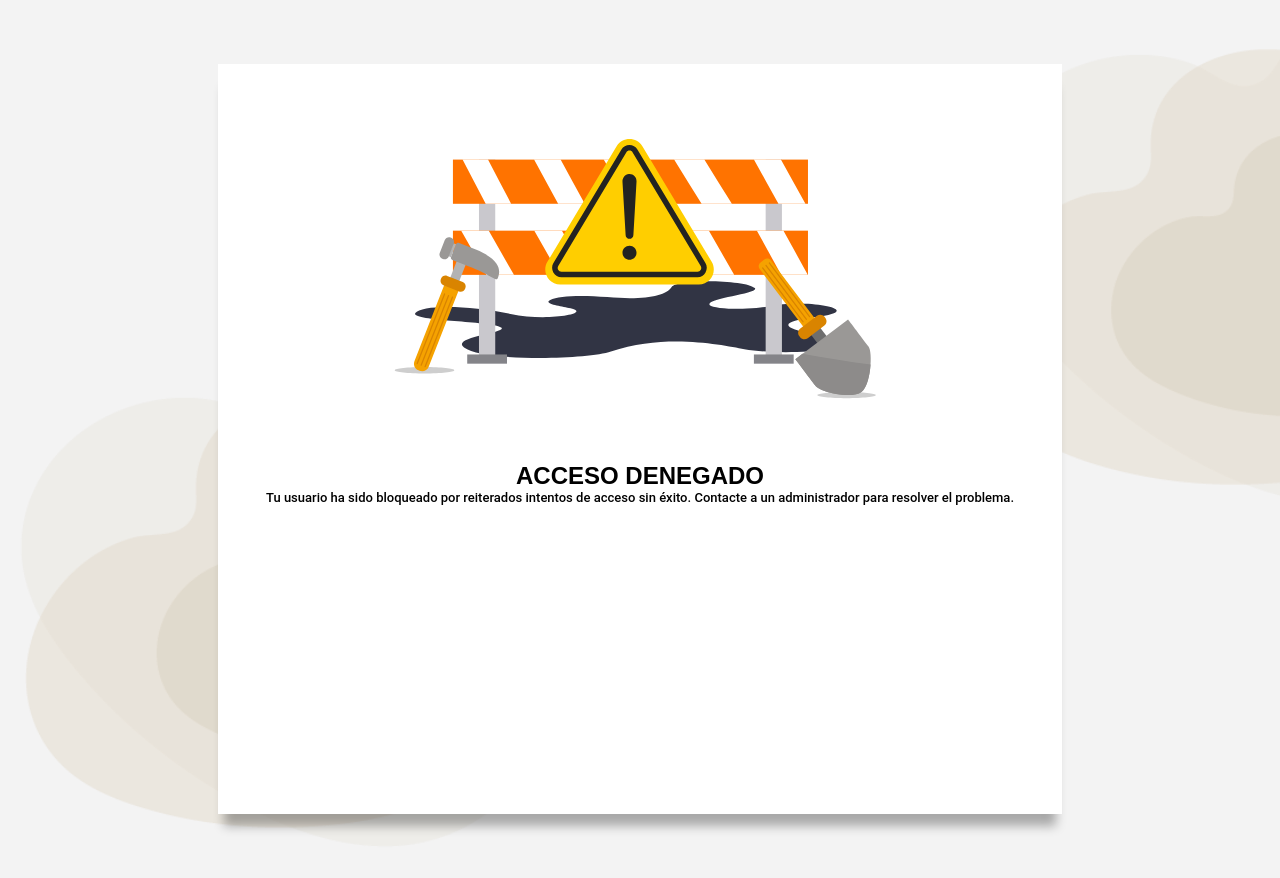
Repository: AlejandraBarrachina23/TPIntegrador_Barrachina_Java
Page: http://localhost/Alejandra_Barrachina_TP_Integrador1/error404.jsp
The author's editor kept a copy of each file at every save. The page is drawn from the files as they stood at one save, then again after the next save.
The browser window is 1280 px wide. The pictures show the whole page.
Some web libraries are served in a nearby version. The page is served by Tomcat 9. Nobody is signed in. The application's start-up code is not run.

Above is the page before, as saved 2019-12-04 22:07:59.

After the next save:
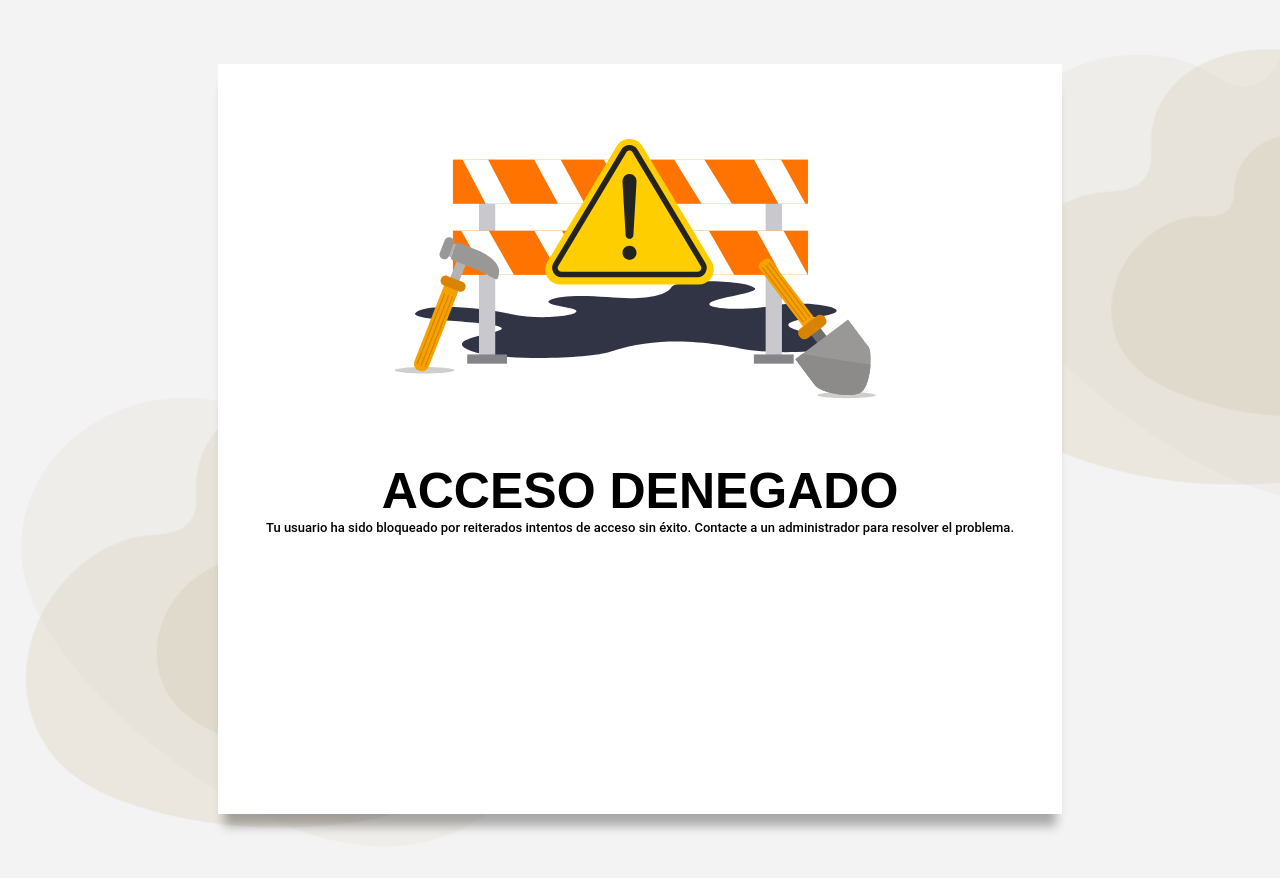
Saved 22 s later.
--- a/Alejandra_Barrachina_TP_Integrador1/WebContent/estilos.css
+++ b/Alejandra_Barrachina_TP_Integrador1/WebContent/estilos.css
@@ -37,7 +37,10 @@ body {
 
   }
 
-  #error-404
+  #error-404 h2 {
+
+  font-size:50px;
+  }
 
  #form-login {
 
